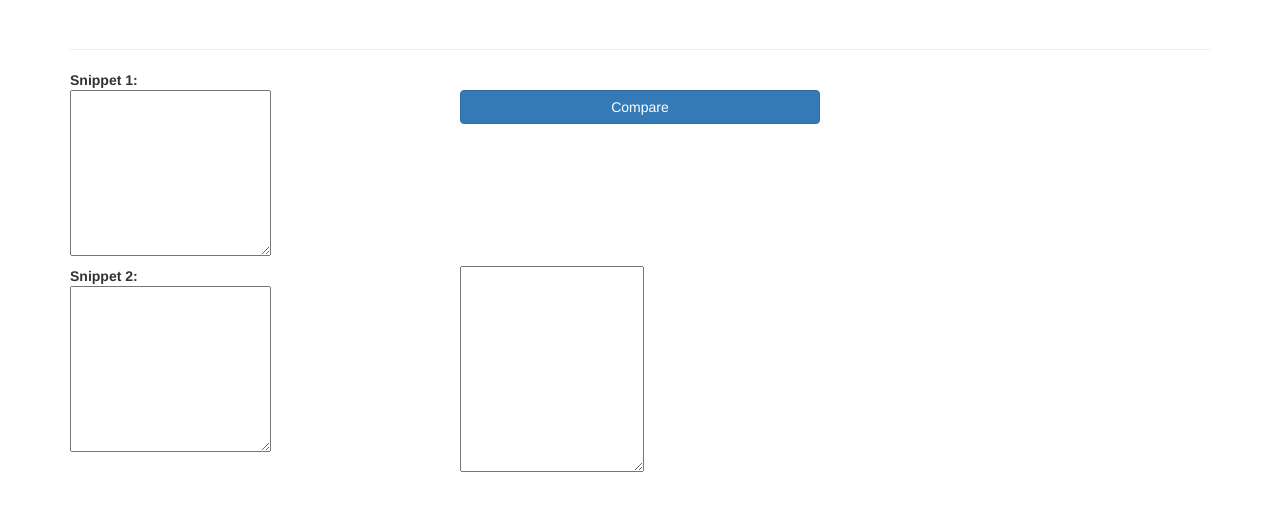
Repository: d4rkm3z/JSPerfomance
Page: index.html
These files come from the project's save history. The page is drawn as it stood at one moment and after the next save; the edit follows.
The browser window is 1280 px wide. The pictures show the whole page.

Above is the page before, as saved 2016-10-25 14:09:43.

After the next save:
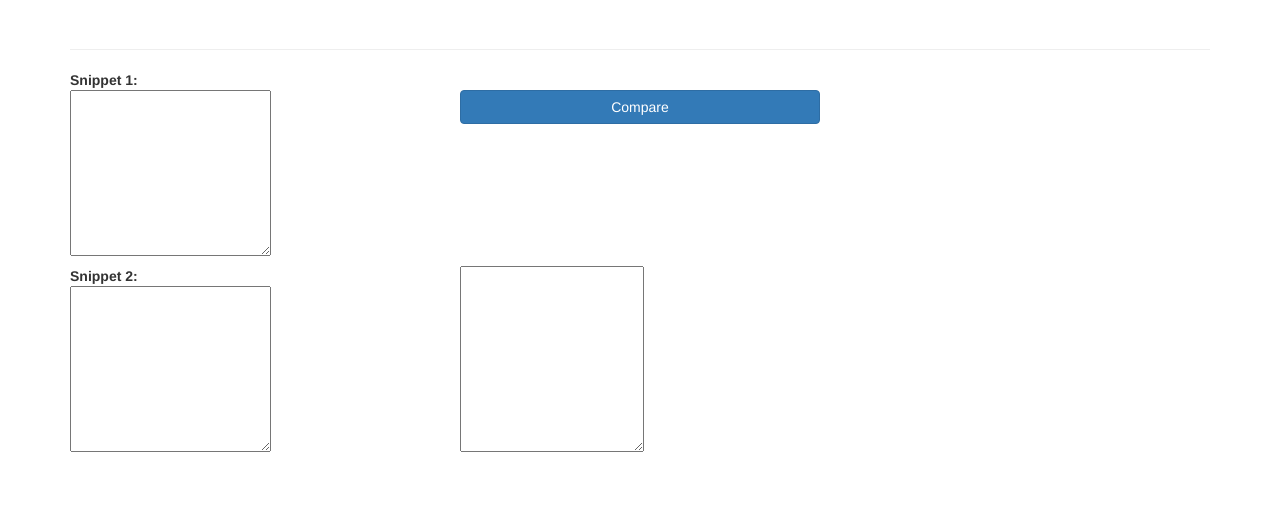
Saved 7 s later.
--- a/index.html
+++ b/index.html
@@ -36,7 +36,7 @@
       </div>
       <div class="col-sm-4">
         <span class="snippets-group snippet-result">
-          <textarea id="result" rows="10" cols="20"></textarea>
+          <textarea id="result" rows="9" cols="20"></textarea>
         </span>
       </div>
     </div>
